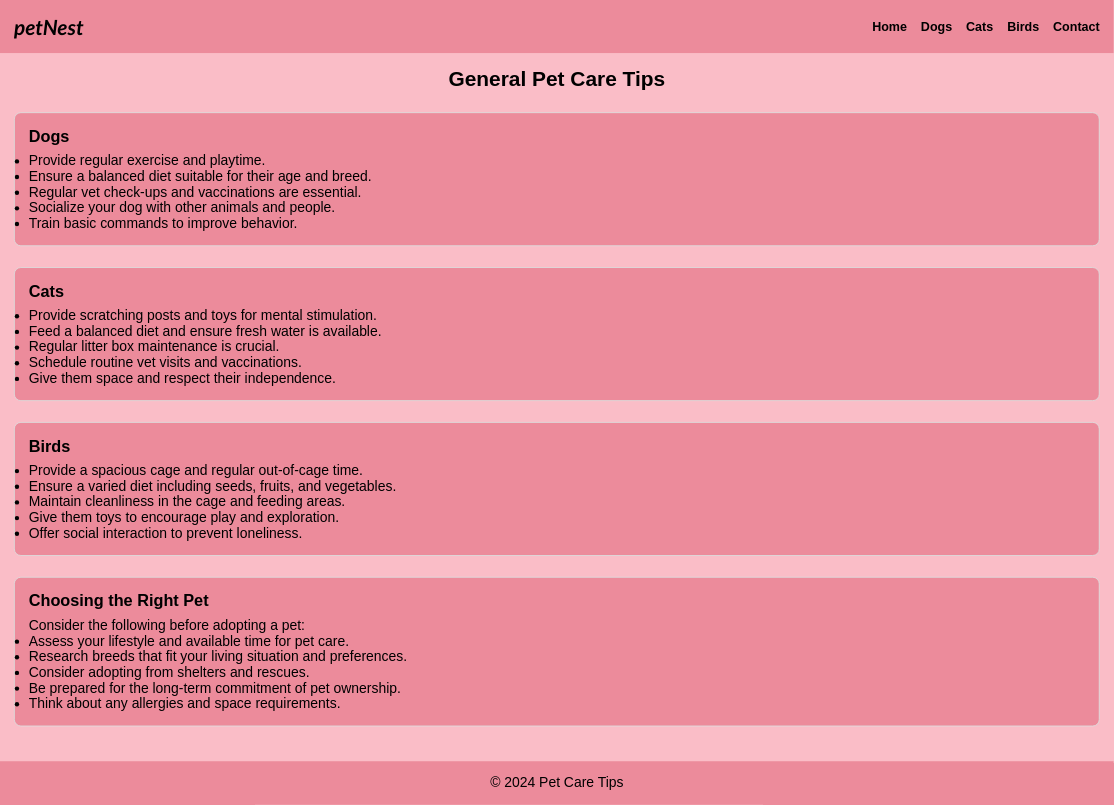
Repository: SHAHZADcodr/pet_care
Page: pages/tips.html
The author's editor kept a copy of each file at every save. The page is drawn from the files as they stood at one save, then again after the next save.
The browser window is 1280 px wide. The pictures show the whole page, at 87% of full size.

Above is the page before, as saved 2024-11-04 23:24:31.

After the next save:
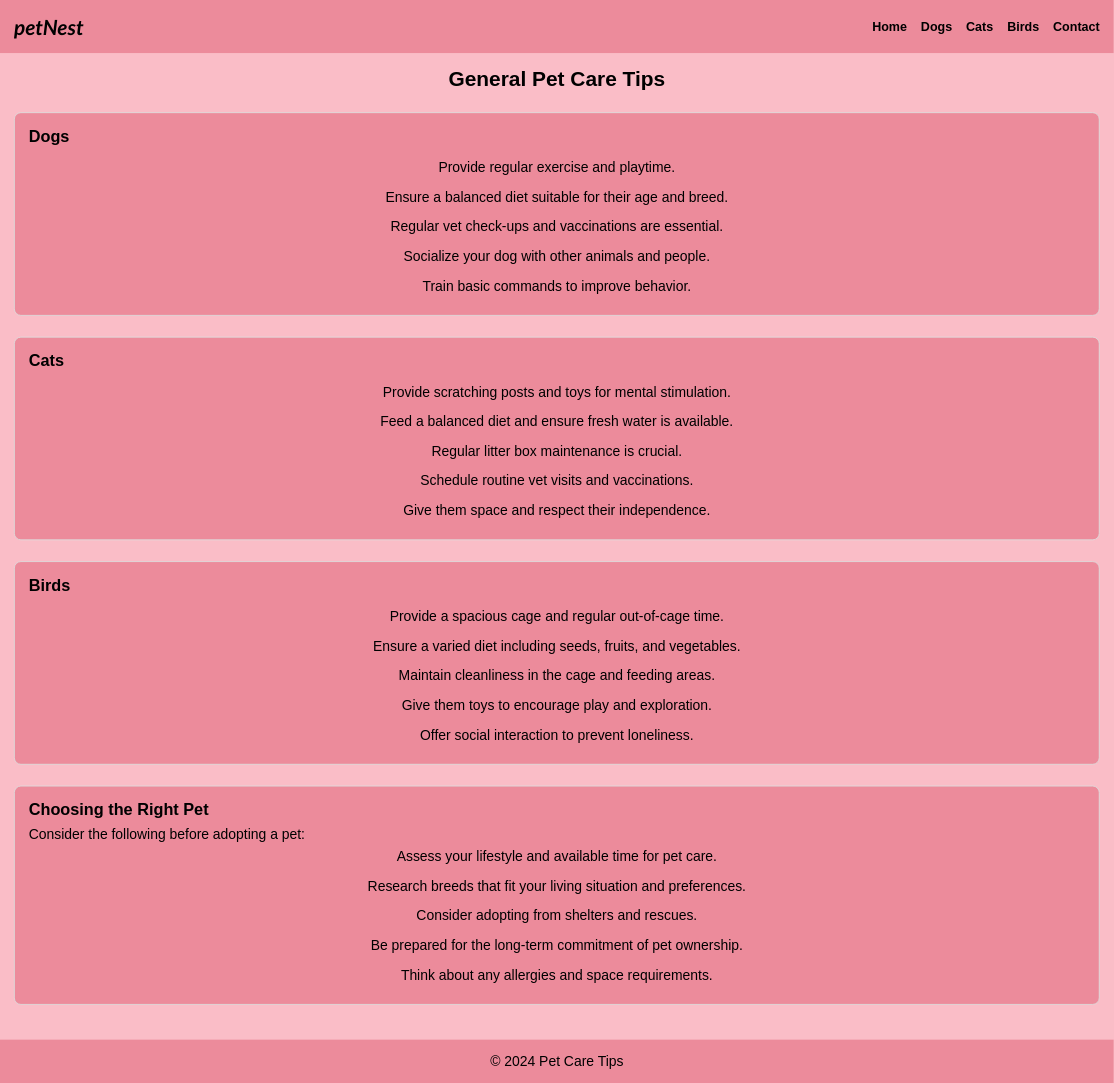
Saved 26 s later.
--- a/pages/tips.css
+++ b/pages/tips.css
@@ -4,9 +4,9 @@
     padding: 0;
     box-sizing: border-box;
 }
-:root{
-    --bg-background-color:rgb(236, 139, 155);
-    --bg--body-color:rgb(250, 189, 199);
+:root {
+    --bg-background-color: rgb(236, 139, 155);
+    --bg--body-color: rgb(250, 189, 199);
 }
 
 /* Basic Layout */
@@ -15,14 +15,13 @@ body {
     display: flex;
     flex-direction: column;
     min-height: 100vh; /* Ensures body takes full height of the viewport */
-    background-color:var(--bg--body-color);
+    background-color: var(--bg--body-color);
 }
 
-
 header {
-    background-color:var(--bg-background-color);
+    background-color: var(--bg-background-color);
     padding: 1rem;
-    color: black;;
+    color: black;
 }
 
 nav {
@@ -38,21 +37,24 @@ nav {
 }
 
 #nav-links a {
-    color:black;
+    color: black;
     text-decoration: none;
-    font-size:0.9rem;
+    font-size: 0.9rem;
     font-weight: 600;
-    transition:color 0.2s;
+    transition: color 0.2s;
 }
-#nav-links a:hover{
-    color:white!important;
+
+#nav-links a:hover {
+    color: white !important;
 }
-/*Website name*/
-#webName{
+
+/* Website name */
+#webName {
     font-family: 'Gill Sans', 'Gill Sans MT', Calibri, 'Trebuchet MS', sans-serif;
 }
-#webName:hover{
-    color:aliceblue;
+
+#webName:hover {
+    color: aliceblue;
 }
 
 main.tips {
@@ -68,9 +70,22 @@ h2 {
 section {
     margin: 1.5rem 0;
     padding: 1rem;
-    background-color:var(--bg-background-color);
+    background-color: var(--bg-background-color);
     border: 1px solid #ddd;
     border-radius: 8px;
+}
+
+/* Center the <ul> in each section */
+section ul {
+    display: flex;
+    flex-direction: column; /* Stack list items vertically */
+    align-items: center; /* Center the items horizontally */
+    list-style-type: none; /* Remove default bullet points */
+    padding: 0; /* Remove padding */
+}
+
+section ul li {
+    margin: 0.5rem 0; /* Add margin to list items */
 }
 
 h3 {
@@ -78,7 +93,7 @@ h3 {
 }
 
 footer {
-    background-color:var(--bg-background-color);
+    background-color: var(--bg-background-color);
     text-align: center;
     padding: 1rem;
     margin-top: auto; /* Push footer to the bottom */
@@ -90,7 +105,6 @@ footer {
         display: flex;
         flex-direction: column;
         align-items: center;
-
     }
 
     nav ul li {
